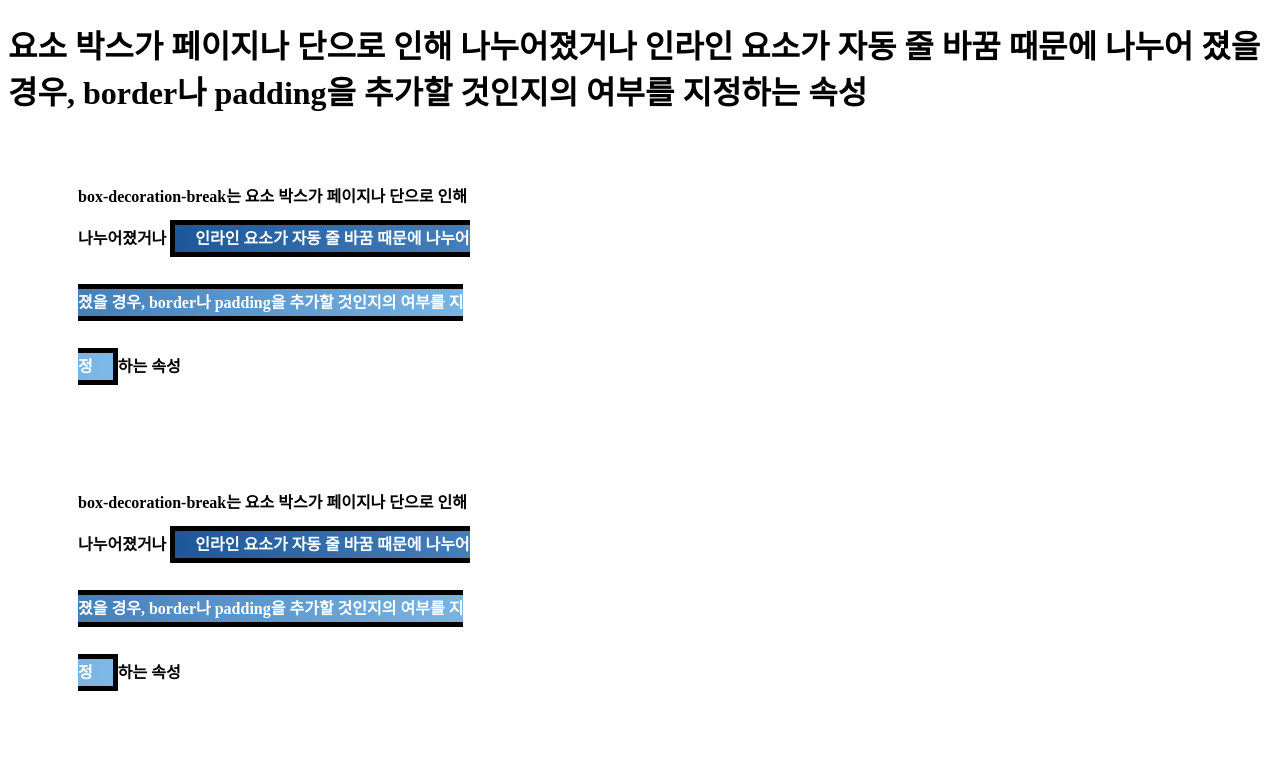
Repository: cussip/SuperHands
Page: WebExam/src/main/webapp/css/border/box_decoration_break.html
An editor plug-in stored every save of this project. The page is shown before and after the next save, followed by the edit.
The browser window is 1280 px wide. The pictures show the whole page.

Above is the page before, as saved 2022-02-01 04:01:54.

After the next save:
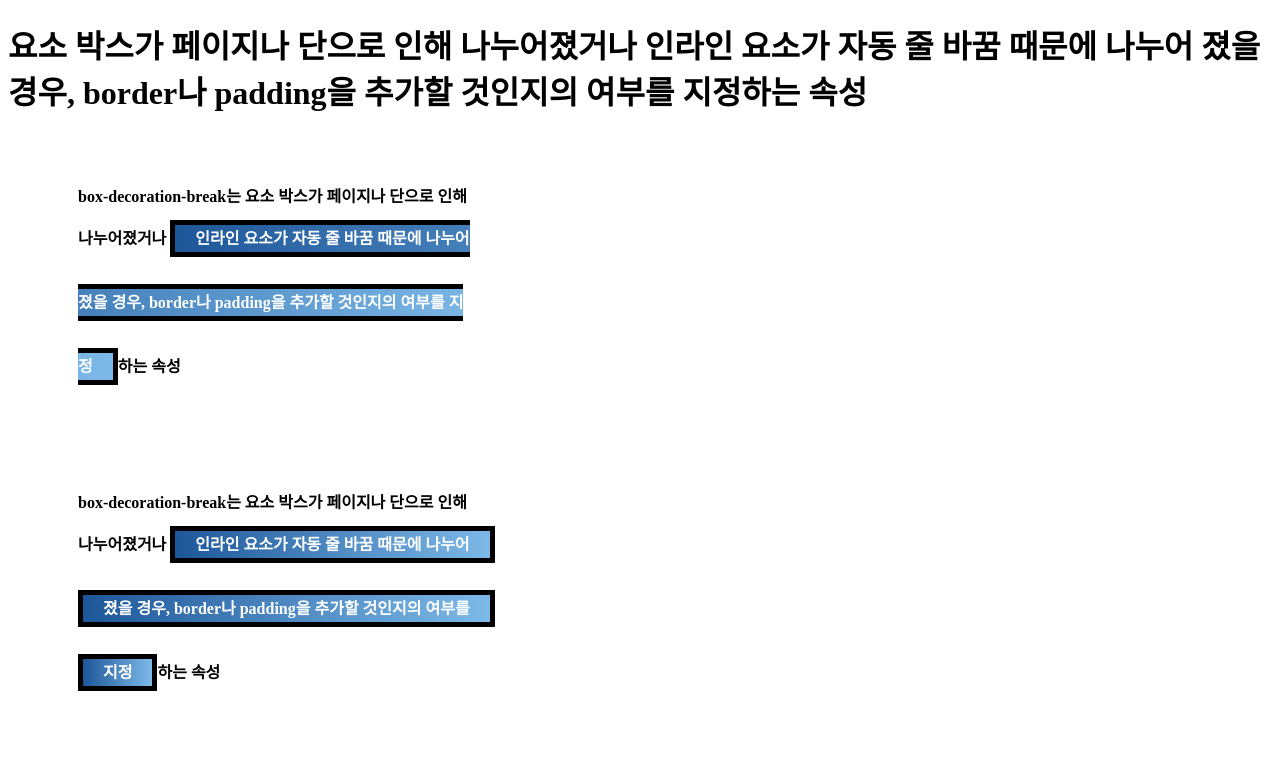
Saved 10 s later.
--- a/WebExam/src/main/webapp/css/border/box_decoration_break.html
+++ b/WebExam/src/main/webapp/css/border/box_decoration_break.html
@@ -17,10 +17,10 @@
 			padding: 5px 20px;
 			line-height: 4;
 		}
-		.slice {
+		.slice span {
 			box-decoration-break: slice;
 		}
-		.clone {
+		.clone span {
 			box-decoration-break: clone;
 		}
 	</style>
